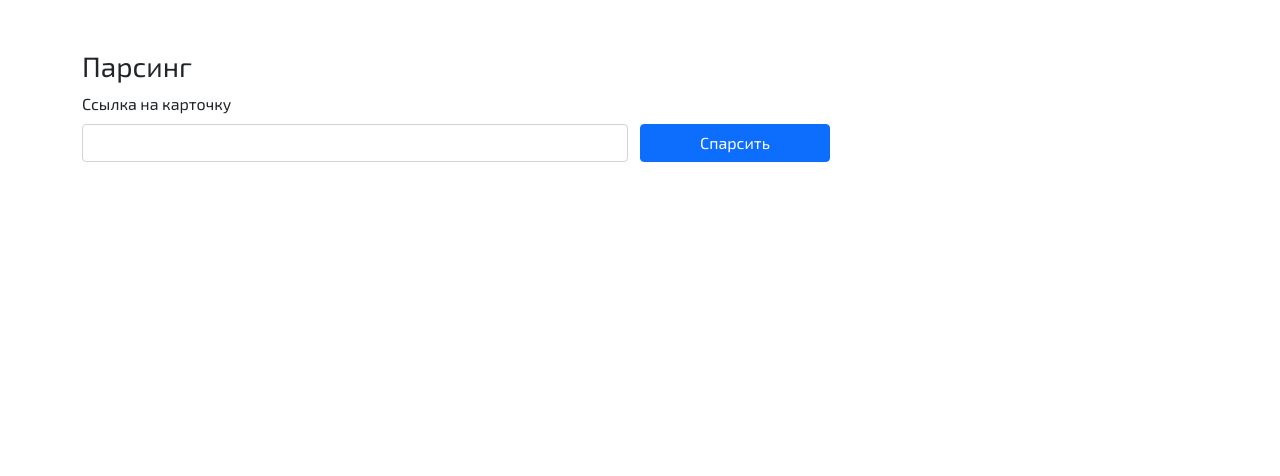
Repository: yozuul/wildberries-product-card-parser-api-exchange
Page: public/index.html
The author's editor kept a copy of each file at every save. The page is drawn from the files as they stood at one save, then again after the next save.
The browser window is 1280 px wide. The pictures show the whole page.

Above is the page before, as saved 2021-08-18 19:57:11.

After the next save:
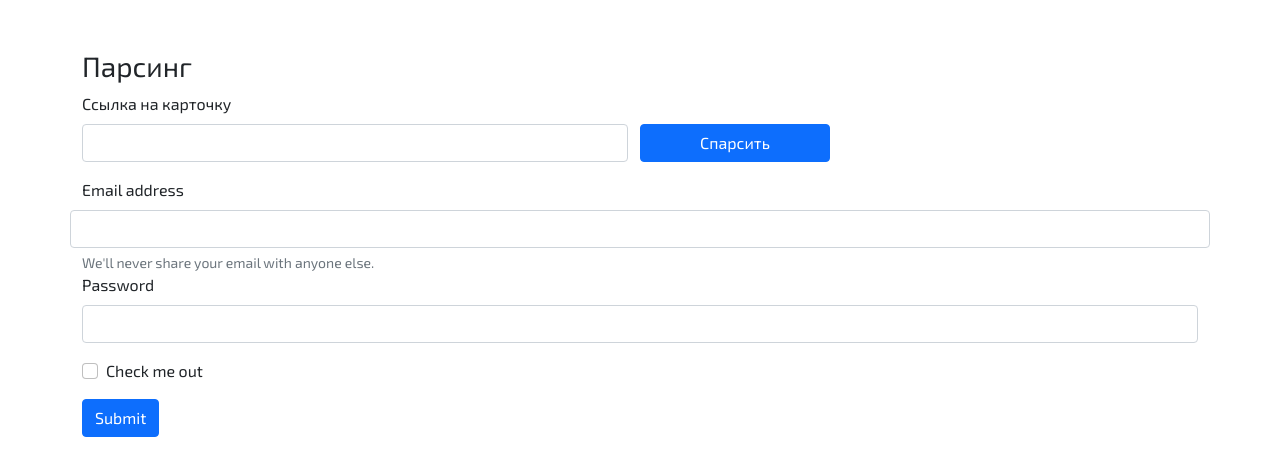
Saved 27 s later.
--- a/public/index.html
+++ b/public/index.html
@@ -20,26 +20,9 @@
                <input type="text" class="form-control" id="cardProductURL">
             </div>
             <button type="submit" class="btn btn-primary mb-3 col-2">Спарсить</button>
-
           </form>
       </div>
-      <!-- <div class="col">
-         <h3>Парсер</h3>
-         <form name="parseForm">
-            <label for="exampleFormControlInput1" class="form-label">Ссылка на карточку</label>
-            <input class="form-control form-control-lg" type="text" id="cardURL">
-            <button id="parseData">Спарсить</button>
-         </form>
-      </div> -->
-      <!-- <div class="row">
-        <div class="col">
-          Column
-        </div>
-        <div class="col">
-          Column
-        </div>
-      </div>
-    </div>
+
 
     <form class="container">
        <div class="row">
@@ -59,7 +42,7 @@
 
        </div>
       <div class="mb-3">
-    </form> -->
+    </form>
 
    <!-- <form class="productFormWrapper">
       <div class="productFormWrapperLeft productForm">
